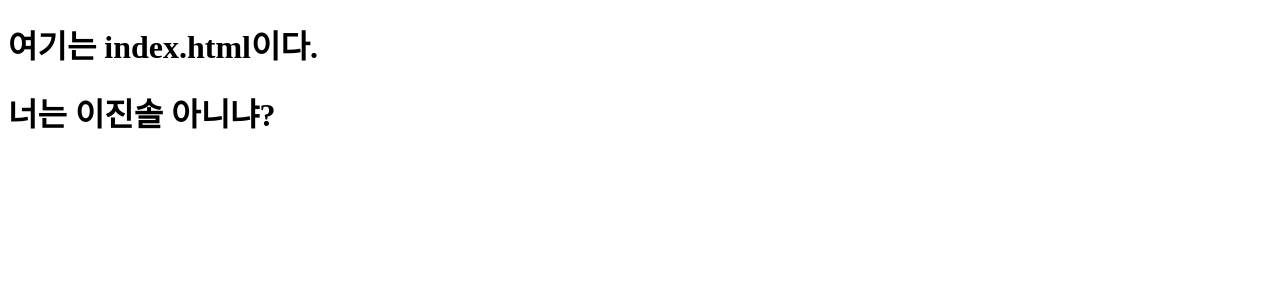
Repository: kong980/EclipseWork
Page: ServletTest3/src/main/webapp/Index.html
These files come from the project's save history. The page is drawn as it stood at one moment and after the next save; the edit follows.
The browser window is 1280 px wide. The pictures show the whole page.

Above is the page before, as saved 2023-09-14 03:00:17.

After the next save:
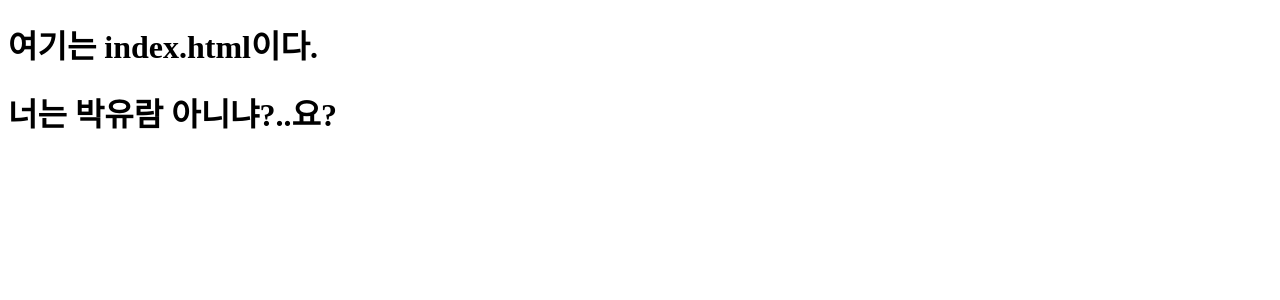
Saved 9 s later.
--- a/ServletTest3/src/main/webapp/Index.html
+++ b/ServletTest3/src/main/webapp/Index.html
@@ -6,6 +6,6 @@
 </head>
 <body>
 	<h1>여기는 index.html이다.</h1>
-	<h1>너는 이진솔 아니냐?</h1>
+	<h1>너는 박유람 아니냐?..요?</h1>
 </body>
 </html>
